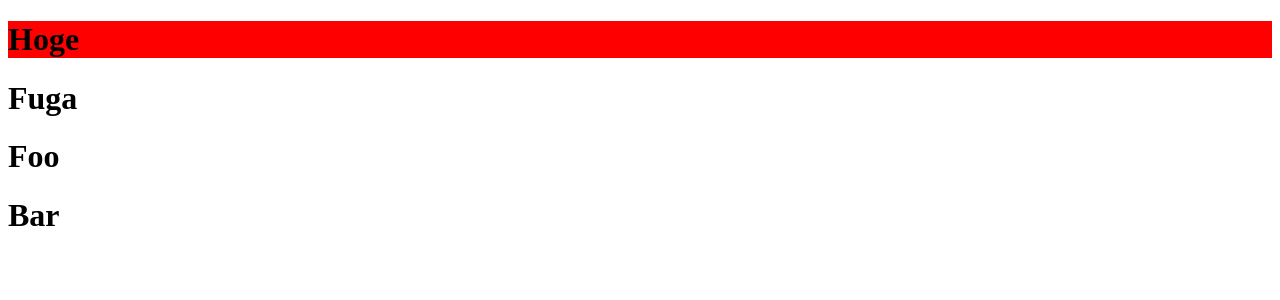
Repository: masaya28562/samurai_HTML-CSS
Page: about.html
The author's editor kept a record of every edit. The page is drawn from the files as they stood at one moment, then again after the next edit.
The browser window is 1280 px wide. The pictures show the whole page.

Above is the page before.

After the next edit:
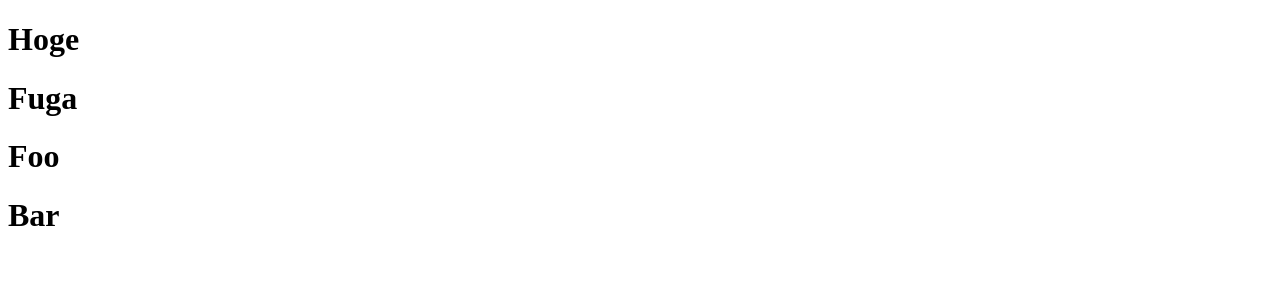
The edit:
--- a/about.html
+++ b/about.html
@@ -2,8 +2,8 @@
 <html lang="ja">
     <head>
         <style>
-           h1:first-child {
-            background-color: red;
+           #sort {
+            display: flex;
             }
         </style>
     </head>
